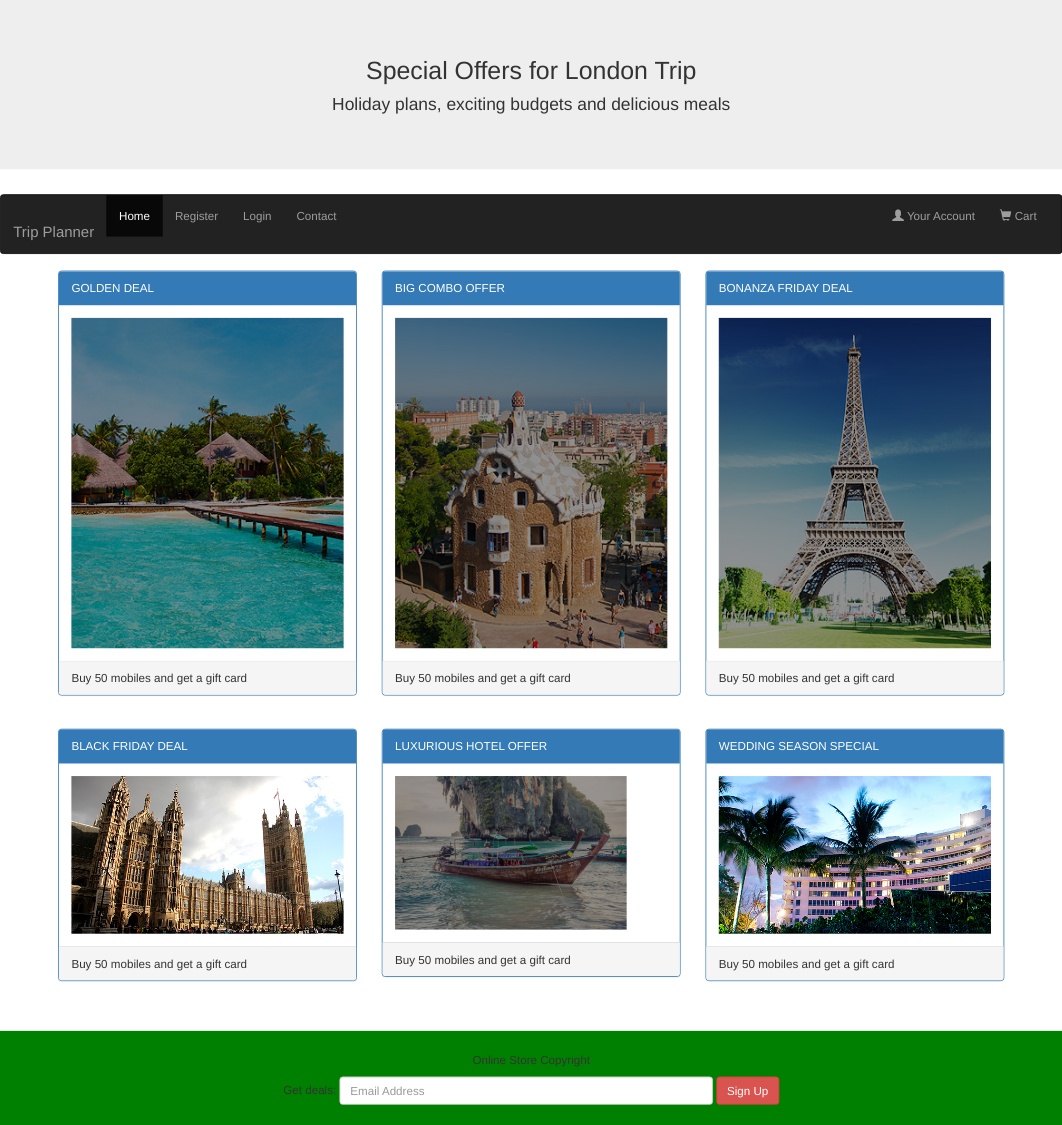
Repository: NanSin21/Mytourism-Website
Page: http://localhost/toursandtravelsmanagement/london.jsp
These files come from the project's save history. The page is drawn as it stood at one moment and after the next save; the edit follows.
The browser window is 1280 px wide. The pictures show the whole page, at 83% of full size.
The page is served by Tomcat 9. Other server files are loaded and not shown.

Above is the page before, as saved 2018-07-21 18:14:59.

### toursandtravelsmanagement/WebContent/london.jsp
<%@ page language="java" contentType="text/html; charset=ISO-8859-1"
    pageEncoding="ISO-8859-1"%>
<!DOCTYPE html PUBLIC "-//W3C//DTD HTML 4.01 Transitional//EN" "http://www.w3.org/TR/html4/loose.dtd">
<html>
<head>
<meta http-equiv="Content-Type" content="text/html; charset=ISO-8859-1">
<title>London Trip Package</title>
<!-- <meta charset="utf-8"> -->
  <meta name="viewport" content="width=device-width, initial-scale=1">
  <link rel="stylesheet" href="https://maxcdn.bootstrapcdn.com/bootstrap/3.3.7/css/bootstrap.min.css">
  <script src="https://ajax.googleapis.com/ajax/libs/jquery/3.3.1/jquery.min.js"></script>
  <script src="https://maxcdn.bootstrapcdn.com/bootstrap/3.3.7/js/bootstrap.min.js"></script>
  <style>
  .navbar{
  margin-nottom= 50px;
  border-radius= 0;
  }
  .jumbotron{
   margin-bottom= 0;
   }
   footer{
   background: green;
   padding: 25px;
   }
   </style>
</head>
<body>

<div class="jumbotron">
  <div class="container text-center">
   <h2>Special Offers for London Trip</h2>
     <p>Holiday plans, exciting budgets and delicious meals</p>
  </div>
</div>

<nav class="navbar navbar-inverse">
  <div class="container-fluid">
      <div class="navbar-header">
        <button type="button" class="navbar-toggle" data-toggle="collapse" data-target="#myNavbar">
        <span class="icon-bar"></span>
        <span class="icon-bar"></span>
        <span class="icon-bar"></span>
        </button>
        <h1><a class="navbar-brand" href="index.jsp">Trip Planner</a></h1>
      </div>
      <div class="collapse navbar-collapse" id="myNavbar">
      <ul class="nav navbar-nav">
        <li class="active"><a href="TripPlaces/london.jsp">Home</a></li>
        <li><a href="registration.jsp">Register</a></li>
        <li><a href="login.jsp">Login</a></li>
        <li><a href="contact.jsp">Contact</a></li>
      </ul>
      <ul class="nav navbar-nav navbar-right">
        <li><a href="#"><span class="glyphicon glyphicon-user"></span> Your Account</a></li>
        <li><a href="#"><span class="glyphicon glyphicon-shopping-cart"></span> Cart</a></li>
      </ul>
    </div>
  </div>
</nav>


   <div class="container">
  <div class="row">
    <div class="col-sm-4">
      <div class="panel panel-primary">
        <div class="panel-heading">GOLDEN DEAL</div>
        <div class="panel-body"><img src="images/ban_img2.jpg" class="img-responsive" style="width:100%" alt="Image"></div>
        <div class="panel-footer">Buy 50 mobiles and get a gift card</div>
      </div>
    </div>
    <div class="col-sm-4">
      <div class="panel panel-primary">
        <div class="panel-heading">BIG COMBO OFFER</div>
        <div class="panel-body"><img src="images/ban_img1.jpg" class="img-responsive" style="width:100%" alt="Image"></div>
        <div class="panel-footer">Buy 50 mobiles and get a gift card</div>
      </div>
    </div>
    <div class="col-sm-4">
      <div class="panel panel-primary">
        <div class="panel-heading">BONANZA FRIDAY DEAL</div>
        <div class="panel-body"><img src="images/ban_img3.jpg" class="img-responsive" style="width:100%" alt="Image"></div>
        <div class="panel-footer">Buy 50 mobiles and get a gift card</div>
      </div>
    </div>
  </div>
</div><br>

<div class="container">
  <div class="row">
    <div class="col-sm-4">
      <div class="panel panel-primary">
        <div class="panel-heading">BLACK FRIDAY DEAL</div>
        <div class="panel-body"><img src="images/londonhelp.jpg" class="img-responsive" style="width:100%" alt="Image"></div>
        <div class="panel-footer">Buy 50 mobiles and get a gift card</div>
      </div>
    </div>
    <div class="col-sm-4">
      <div class="panel panel-primary">
        <div class="panel-heading">LUXURIOUS HOTEL OFFER</div>
        <div class="panel-body"><img src="images/2.jpg" class="img-responsive" style="width:85%" alt="Image"></div>
        <div class="panel-footer">Buy 50 mobiles and get a gift card</div>
      </div>
    </div>
    <div class="col-sm-4">
      <div class="panel panel-primary">
        <div class="panel-heading">WEDDING SEASON SPECIAL</div>
        <div class="panel-body"><img src="images/page4_img2.jpg" class="img-responsive" style="width:100%" alt="Image"></div>
        <div class="panel-footer">Buy 50 mobiles and get a gift card</div>
      </div>
    </div>
  </div>
</div><br><br>

<footer class="container-fluid text-center">
  <p>Online Store Copyright</p>
  <form class="form-inline">Get deals:
    <input type="email" class="form-control" size="50" placeholder="Email Address">
    <button type="button" class="btn btn-danger">Sign Up</button>
  </form>
</footer>
</body>
</html>

After the next save:
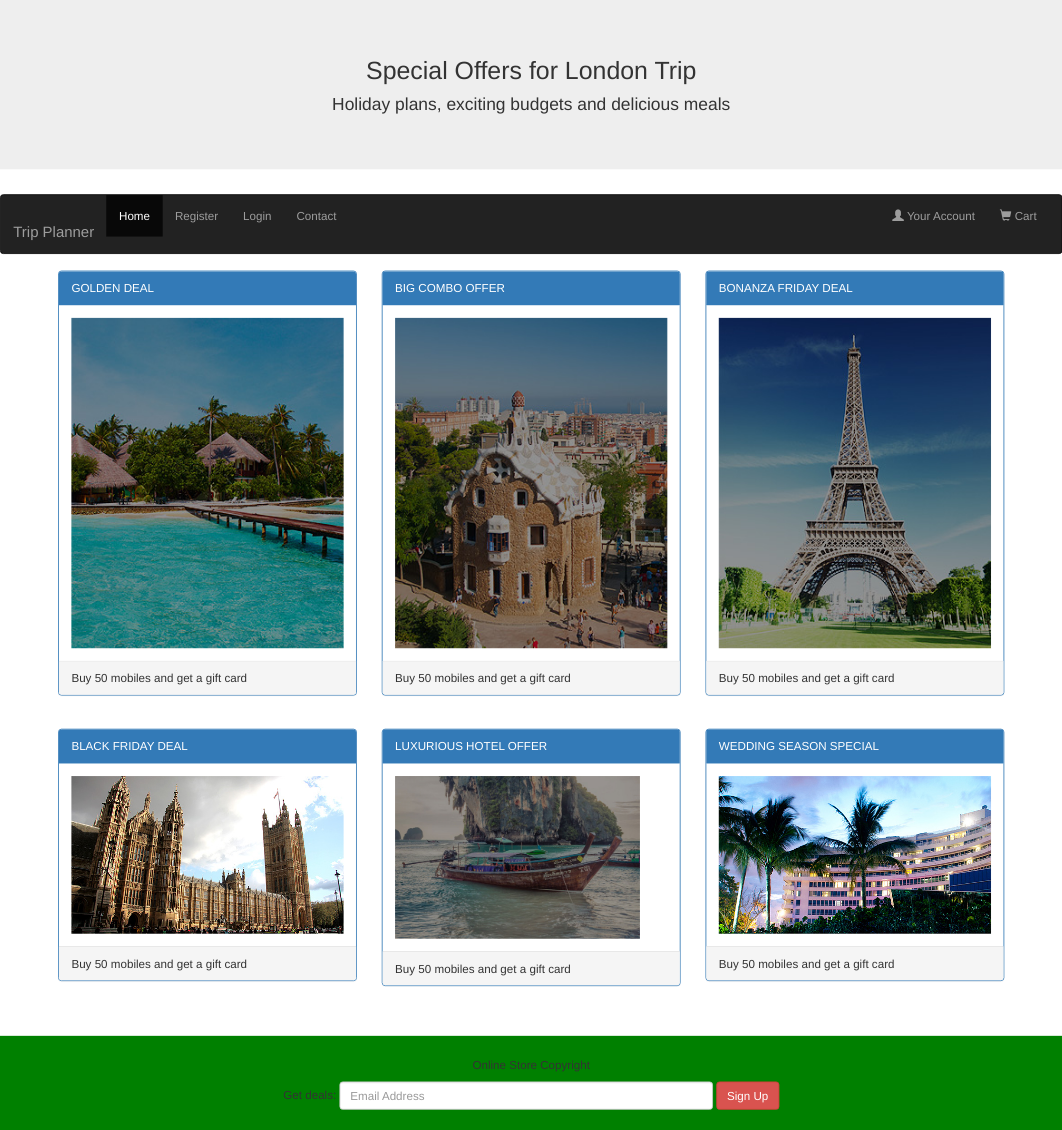
Saved 27 s later.
--- a/toursandtravelsmanagement/WebContent/london.jsp
+++ b/toursandtravelsmanagement/WebContent/london.jsp
@@ -97,7 +97,7 @@
     <div class="col-sm-4">
       <div class="panel panel-primary">
         <div class="panel-heading">LUXURIOUS HOTEL OFFER</div>
-        <div class="panel-body"><img src="images/2.jpg" class="img-responsive" style="width:85%" alt="Image"></div>
+        <div class="panel-body"><img src="images/2.jpg" class="img-responsive" style="width:90%" alt="Image"></div>
         <div class="panel-footer">Buy 50 mobiles and get a gift card</div>
       </div>
     </div>
